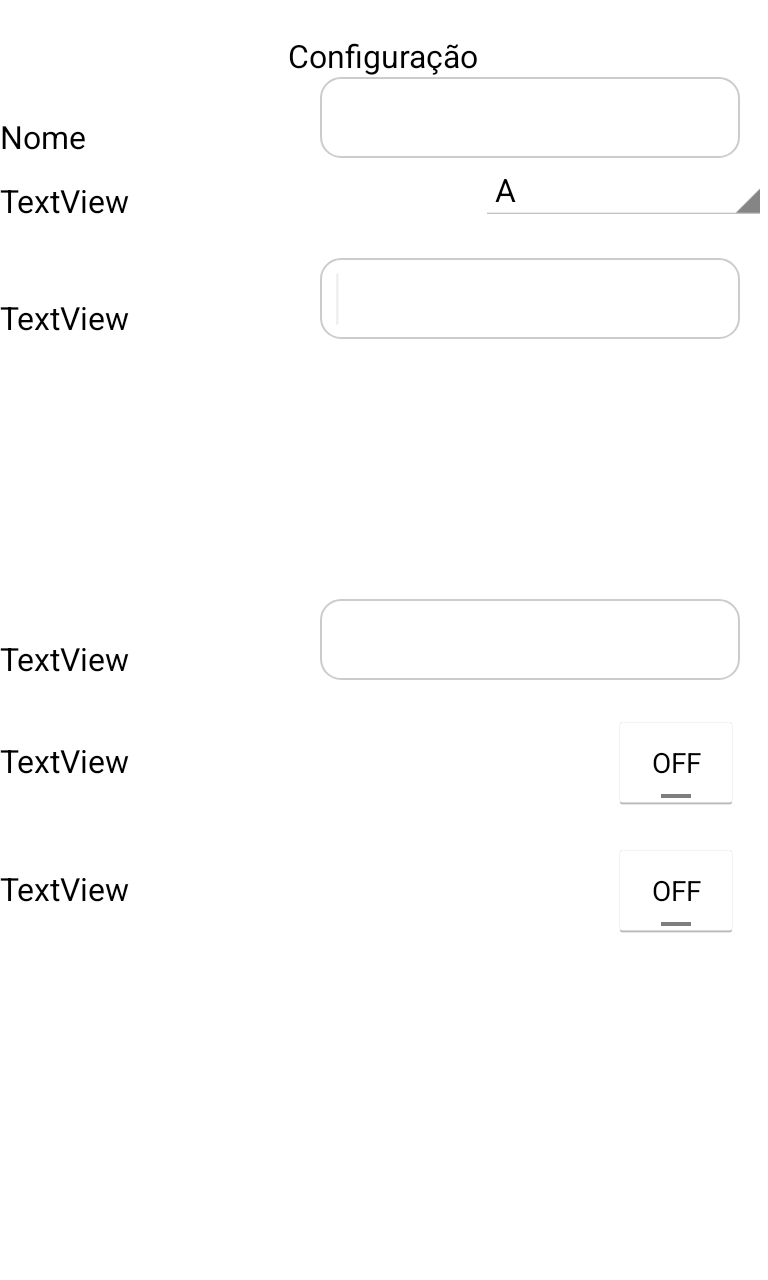
Repository: RafaDeschain/DoarSP
Layout: doarSP/res/layout/fragment_alterardados.xml
An editor plug-in stored every save of this project. The layout is shown before and after the next save, followed by the edit.
It is drawn on a 768 x 1280 px phone screen (xhdpi) without system bars, with theme AppTheme; the app's code is not run.

Above is the layout before, as saved 2014-04-21 04:22:23.

### doarSP/res/layout/fragment_alterardados.xml
<?xml version="1.0" encoding="utf-8"?>
<RelativeLayout xmlns:android="http://schemas.android.com/apk/res/android"
    android:layout_width="match_parent"
    android:layout_height="match_parent">

    <TextView
        android:id="@+id/textView1"
        android:layout_width="wrap_content"
        android:layout_height="wrap_content"
        android:layout_alignParentTop="true"
        android:layout_centerHorizontal="true"
        android:layout_marginTop="17dp"
        android:text="@string/configuracao" />

    <EditText
        android:id="@+id/editText1"
        android:layout_width="wrap_content"
        android:layout_height="wrap_content"
        android:layout_alignParentRight="true"
        android:layout_below="@+id/textView1"
        android:layout_marginRight="14dp"
        android:ems="10"
        android:inputType="textPersonName" />

    <TextView
        android:id="@+id/textView2"
        android:layout_width="wrap_content"
        android:layout_height="wrap_content"
        android:layout_alignBottom="@+id/editText1"
        android:layout_alignParentLeft="true"
        android:text="@string/nome" />

    <TextView
        android:id="@+id/textView3"
        android:layout_width="wrap_content"
        android:layout_height="wrap_content"
        android:layout_above="@+id/editText1"
        android:layout_alignParentLeft="true"
        android:layout_below="@+id/textView1"
        android:text="TextView" />

    <Spinner
        android:id="@+id/spinner1"
        android:layout_width="wrap_content"
        android:layout_height="wrap_content"
        android:layout_alignParentRight="true"
        android:layout_below="@+id/editText1"
        android:layout_toRightOf="@+id/textView1"
        android:entries="@array/tipos_Sanguineos"
        android:prompt="@string/sangue_prompt" />

    <TextView
        android:id="@+id/textView4"
        android:layout_width="wrap_content"
        android:layout_height="wrap_content"
        android:layout_alignBottom="@+id/spinner1"
        android:layout_alignParentLeft="true"
        android:text="TextView" />

    <EditText
        android:id="@+id/editText2"
        android:layout_width="wrap_content"
        android:layout_height="wrap_content"
        android:layout_alignRight="@+id/editText1"
        android:layout_below="@+id/spinner1"
        android:layout_marginTop="18dp"
        android:ems="10"
        android:inputType="textEmailAddress" >

        <requestFocus />
    </EditText>

    <TextView
        android:id="@+id/textView5"
        android:layout_width="wrap_content"
        android:layout_height="wrap_content"
        android:layout_alignBottom="@+id/editText2"
        android:layout_alignParentLeft="true"
        android:text="TextView" />

    <EditText
        android:id="@+id/editText3"
        android:layout_width="wrap_content"
        android:layout_height="wrap_content"
        android:layout_alignRight="@+id/editText2"
        android:layout_centerVertical="true"
        android:ems="10"
        android:inputType="date" />

    <TextView
        android:id="@+id/textView6"
        android:layout_width="wrap_content"
        android:layout_height="wrap_content"
        android:layout_alignBottom="@+id/editText3"
        android:layout_alignParentLeft="true"
        android:text="TextView" />

    <ToggleButton
        android:id="@+id/toggleButton1"
        android:layout_width="wrap_content"
        android:layout_height="wrap_content"
        android:layout_alignRight="@+id/editText3"
        android:layout_below="@+id/editText3"
        android:layout_marginTop="17dp"
        android:text="ToggleButton" />

    <TextView
        android:id="@+id/textView7"
        android:layout_width="wrap_content"
        android:layout_height="wrap_content"
        android:layout_alignBaseline="@+id/toggleButton1"
        android:layout_alignBottom="@+id/toggleButton1"
        android:layout_alignParentLeft="true"
        android:text="TextView" />

    <ToggleButton
        android:id="@+id/toggleButton2"
        android:layout_width="wrap_content"
        android:layout_height="wrap_content"
        android:layout_alignRight="@+id/toggleButton1"
        android:layout_below="@+id/toggleButton1"
        android:layout_marginTop="16dp"
        android:text="ToggleButton" />

    <TextView
        android:id="@+id/textView8"
        android:layout_width="wrap_content"
        android:layout_height="wrap_content"
        android:layout_alignBaseline="@+id/toggleButton2"
        android:layout_alignBottom="@+id/toggleButton2"
        android:layout_alignParentLeft="true"
        android:text="TextView" />

</RelativeLayout>

### doarSP/res/drawable/styles_listview.xml
<?xml version="1.0" encoding="utf-8"?>
<shape xmlns:android="http://schemas.android.com/apk/res/android" >

    <corners android:radius="2dp" />
    <stroke
        android:width="1dp"
        android:color="#cccccc" />
    <solid
        android:color="#FFFFFF"/>
</shape>

### doarSP/res/drawable/styles_edit_text.xml
<?xml version="1.0" encoding="utf-8"?>
<shape xmlns:android="http://schemas.android.com/apk/res/android" >

    <corners android:radius="10dp" />
    <stroke
        android:width="1dp"
        android:color="#cccccc" />
    <solid
        android:color="#FFFFFF"/>
</shape>

### doarSP/res/drawable/button_custom.xml
<?xml version="1.0" encoding="utf-8"?>
<selector xmlns:android="http://schemas.android.com/apk/res/android" >
    <item android:state_pressed="true">
        <shape android:shape="rectangle">
            <corners android:radius="3dip" />
            <stroke android:width="1dip" android:color="#598e96" />
            <gradient android:angle="-90" android:endColor="#7fbac6" android:startColor="#27646c"/>
        </shape>
    </item>
	<item android:state_focused="true">
	    <shape android:shape="rectangle">
	        <corners android:radius="3dip" />
	        <stroke android:width="1dip" android:color="#598e96"/>
	        <solid android:color="#4ea0ab"/>
	    </shape>
	</item>
	<item>
	    <shape android:shape="rectangle">
	        <corners android:radius="3dip" />
	        <stroke android:width="1dip" android:color="#598e96"/>
	        <gradient android:angle="-90" android:endColor="#4ea0ab" android:startColor="#94dcea"/>
	    </shape>
	</item>
</selector>

### doarSP/res/values/strings.xml
<?xml version="1.0" encoding="utf-8"?>
<resources>

    <string name="app_name">doarSP</string>
    <string name="action_settings">Settings</string>
    <string name="version">Beta</string>
	<string name="aboutMe">Aplicação desenvolvida como trabalho de conclusão da Universidade São Judas Tadeu.\nDisponibilizado gratuitamente para uso com o intuito de ajudar as pessoas.\nPossivelmente se houver adesão a ferramenta adicionaremos novas cidades de acordo com a demanda e tempo.</string>
	<string name="signature">Atenciosamente,\nGrupo Nothing Else Matters.</string>
    <string name="dedicatoria">Dedico a uma pessoa muito especial pra mim, sigo seu exemplo em tentar ser uma boa pessoa e fazer bem, te admiro muito Luh, você significa muito pra mim!</string>
    <string name="configuracao">Configuração</string>
    <string name="sangue_prompt">Escolha um Tipo Sanguineo</string>
    <string name="nome">Nome</string>
    <string name="tpSanguineo">Tipo Sanguineo</string>
    <string name="email">E-Mail</string>
    <string name="dataNascimento">Data de Nascimento</string>
    <string name="notificacoesPush">Notificações Push</string>
    <string name="NotificaoesEmail">Notificações E-Mail</string>

<string name="drawer_open">Slider Menu Opened</string>
    <string name="drawer_close">Slider Menu Closed</string>

    <!-- Nav Drawer Menu Items -->
    <string-array name="nav_drawer_items">
        <item >Principal</item>
        <item >Buscar Doação</item>
        <item >Abrir Solicitação</item>
        <item >Mural</item>
        <item >Buscar Hemocentro</item>
        <item >Informações</item>
        <item >Alterar Dados</item>
    </string-array>

    <!-- Nav Drawer List Item Icons -->
    <!-- Keep them in order as the titles are in -->
    <array name="nav_drawer_icons">
        <item>@drawable/ic_home</item>
        <item>@drawable/ic_people</item>
        <item>@drawable/ic_photos</item>
        <item>@drawable/ic_communities</item>
        <item>@drawable/ic_pages</item>
        <item>@drawable/ic_whats_hot</item>
        <item>@drawable/ic_whats_hot</item>
    </array>

    <!-- Content Description -->
    <string name="desc_list_item_icon">Item Icon</string>

    <string-array name="tipos_Sanguineos">
        <item>A</item>
        <item>A-</item>
        <item>B</item>
        <item>B-</item>
        <item>AB</item>
        <item>AB-</item>
        <item>O</item>
        <item>O-</item>
    </string-array>

</resources>

Loaded but not shown: doarSP/res/values/styles.xml (common file); doarSP/res/values-v11/styles.xml (common file); doarSP/res/values-v14/styles.xml (common file)

After the next save:
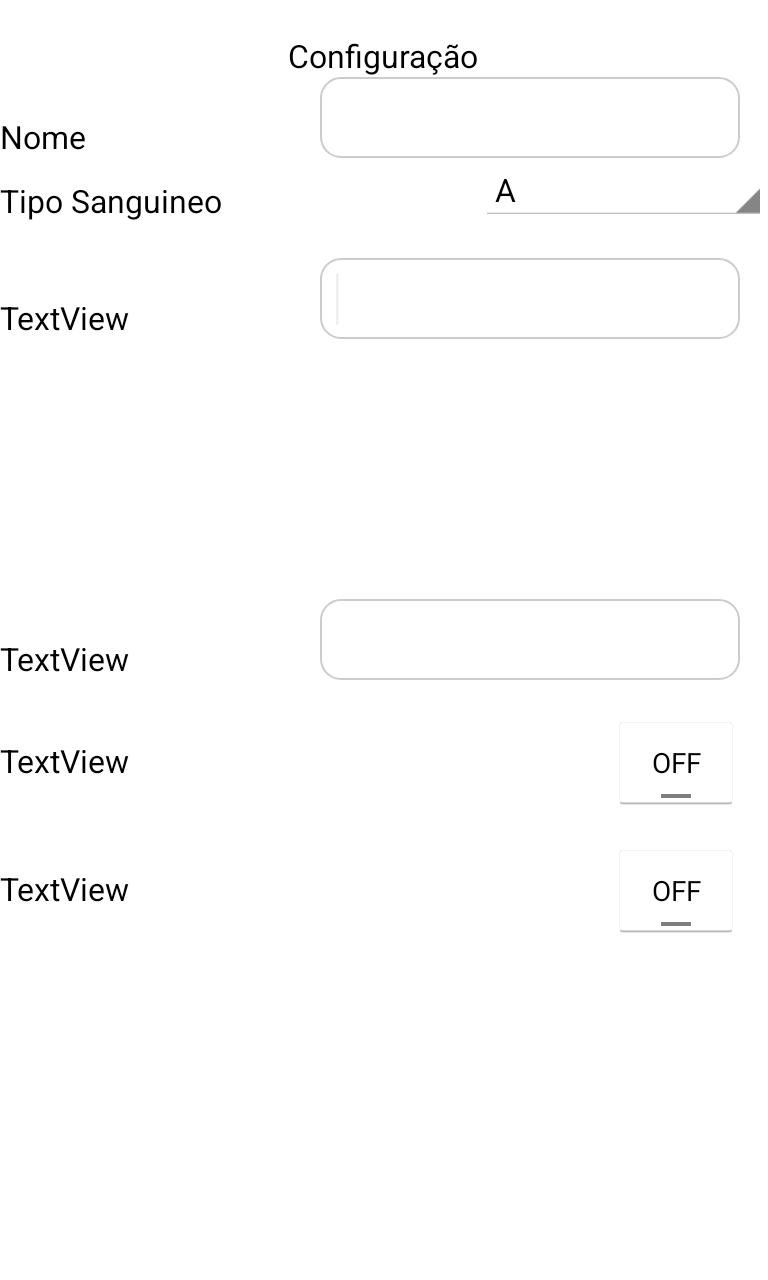
Saved 16 s later.
--- a/doarSP/res/layout/fragment_alterardados.xml
+++ b/doarSP/res/layout/fragment_alterardados.xml
@@ -55,7 +55,7 @@
         android:layout_height="wrap_content"
         android:layout_alignBottom="@+id/spinner1"
         android:layout_alignParentLeft="true"
-        android:text="TextView" />
+        android:text="@string/tpSanguineo" />
 
     <EditText
         android:id="@+id/editText2"
